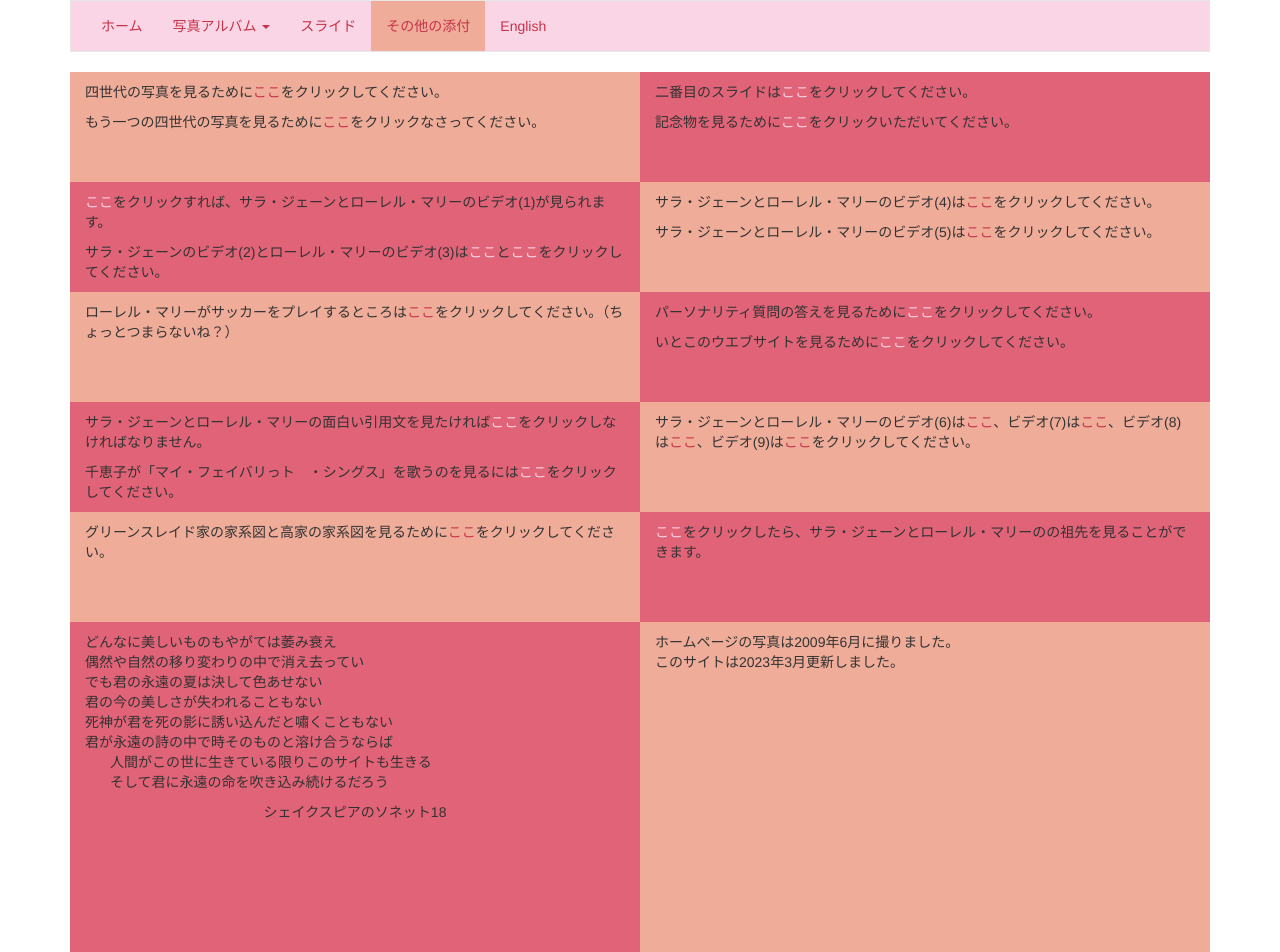
Repository: George2916/Sarah-Jane-and-Laurel-Marie
Page: misc-jap.html
The author's editor kept a record of every edit. The page is drawn from the files as they stood at one moment, then again after the next edit.
The browser window is 1280 px wide. The pictures show the whole page.

Above is the page before.
Console error: TypeError: Cannot read properties of null (reading 'style')

After the next edit:
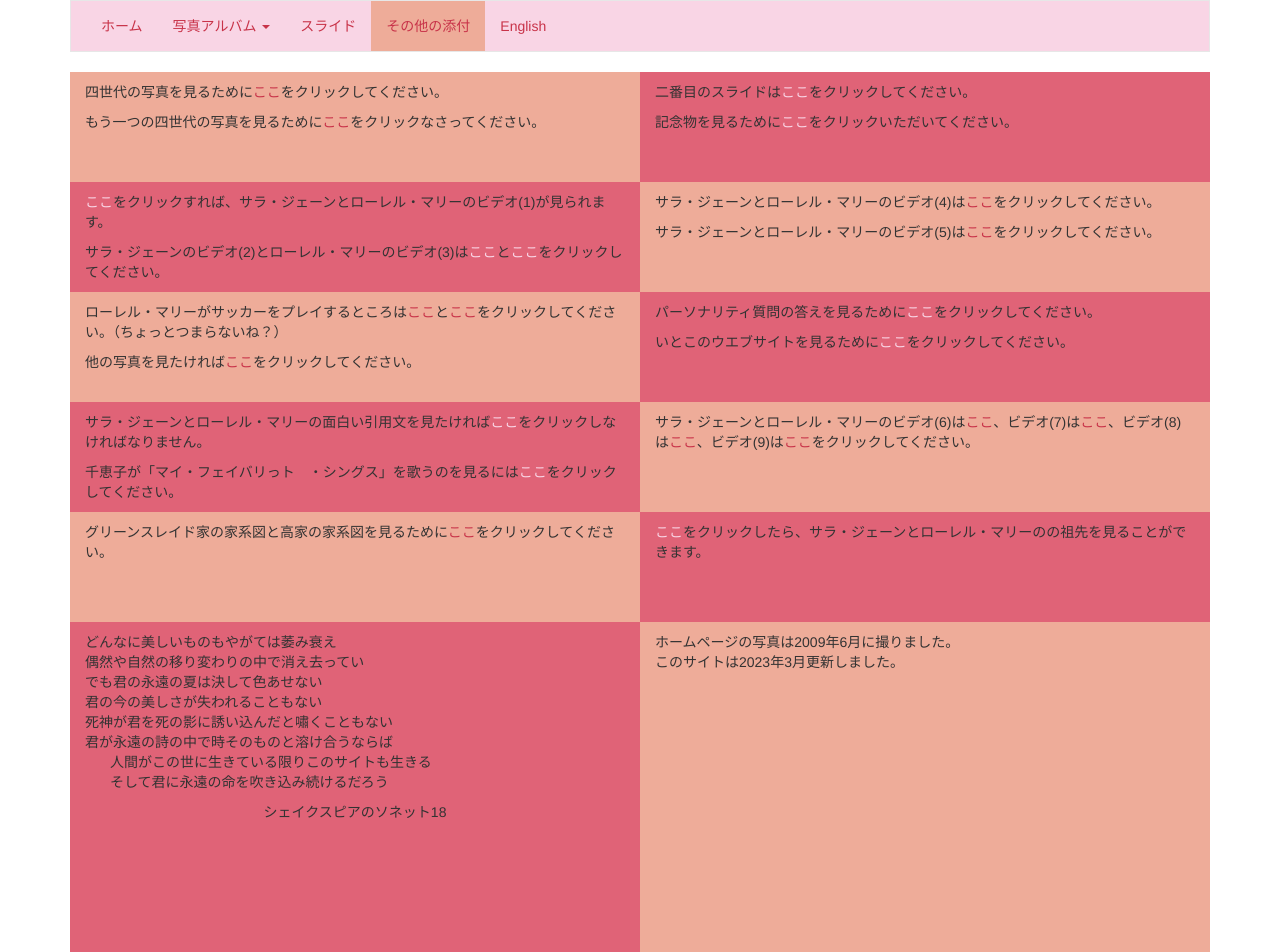
The edit:
--- a/misc-jap.html
+++ b/misc-jap.html
@@ -88,7 +88,8 @@
         <div class="row  noPad">
 
             <div class="col-sm-6 color1 box5">
-                <p>ローレル<span >・</span>マリーがサッカーをプレイするところは<a class="misc-link-5 AAA" href="https://www.youtube.com/watch?v=pcceURS1TcA">ここ</a>をクリックしてください。（ちょっとつまらないね？）</p>
+                <p>ローレル<span >・</span>マリーがサッカーをプレイするところは<a class="misc-link-5 AAA" href="https://www.youtube.com/watch?v=pcceURS1TcA">ここ</a>と<a class="misc-link-5 AAA" href="https://youtube.com/shorts/QztJYCS5-YM">ここ</a>をクリックしてください。（ちょっとつまらないね？）</p>
+                <p>他の写真を見たければ<a class="misc-link-5 AAA" href="miscPhotos.html">ここ</a>をクリックしてください。</p>
 
             </div>
 
